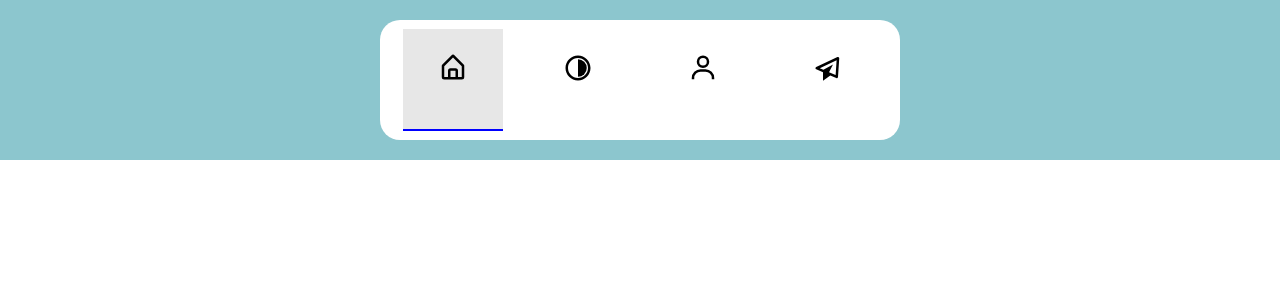
Repository: lethinh2003/pokemon_reactjs
Page: /
The author's editor kept a copy of each file at every save. The page is drawn from the files as they stood at one save, then again after the next save.
The browser window is 1280 px wide. The pictures show the whole page.
The page's requests for data from a server got no answer. The project was rebuilt for these pictures with package versions that can differ from the ones it lists, and the page was loaded fresh each time. A package was used in the major version that the imports need, not the one package.json lists. No one was signed in, and anything a server would have sent is missing. Also part of the build but not shown: src/App.css, src/styles/loading.scss, src/styles/pokemonDetail.scss, src/view/PokemonDetail.jsx, src/styles/modal.scss, src/view/Contact.jsx.

Above is the page before, as saved 2021-11-28 21:16:52.

After the next save:
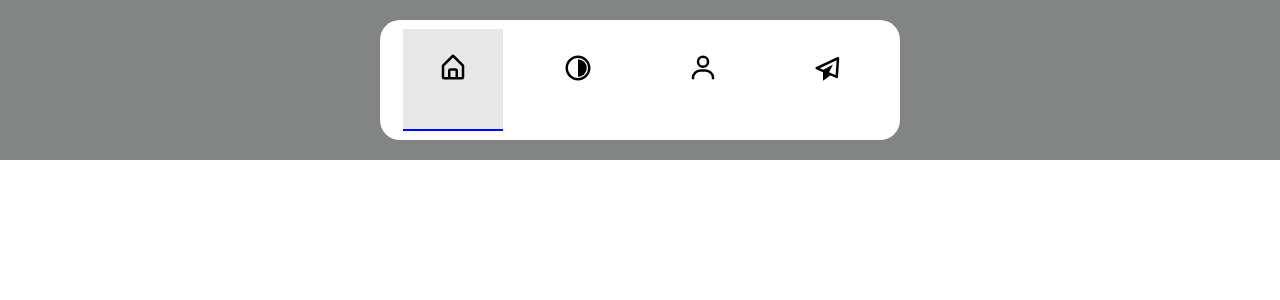
Saved 71 s later.
--- a/src/styles/body.scss
+++ b/src/styles/body.scss
@@ -1,5 +1,6 @@
 .container {
   background-color: rgba(29, 143, 158, 0.507);
+  background-color: rgba(11, 12, 12, 0.507);
   display: flex;
   justify-content: center;
   align-items: center;
